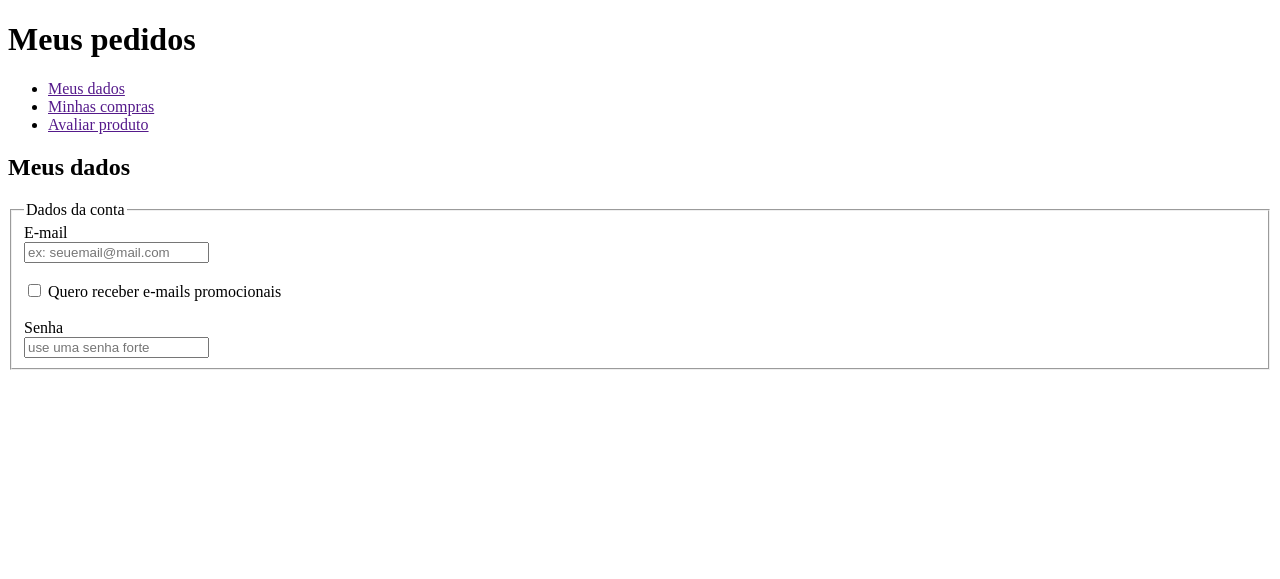
Repository: claudemir-camargo/site-compras
Page: index.html
An editor plug-in stored every save of this project. The page is shown before and after the next save, followed by the edit.
The browser window is 1280 px wide. The pictures show the whole page.

Above is the page before, as saved 2024-02-27 20:18:21.

### index.html
<!DOCTYPE html>
<html lang="en">
<head>
    <meta charset="UTF-8">
    <meta name="viewport" content="width=device-width, initial-scale=1.0">
    <title>Document</title>
</head>
<body>
    <h1>Meus pedidos</h1>
    <ul>
        <li><a href="">Meus dados</a></li>
        <li><a href="">Minhas compras</a></li>
        <li><a href="">Avaliar produto</a></li>
    </ul>
    <h2>Meus dados</h2>
    <fieldset>
        <legend>Dados da conta</legend>
        <form>
            <label>E-mail</label><br>
            <input type="email" id="email" name="email" placeholder="ex: seuemail@mail.com"><br><br>
            <input type="checkbox">
            <label>Quero receber e-mails promocionais</label><br><br>
            <label>Senha</label><br>
            <input type="password" placeholder="use uma senha forte">
        </form>
    </fieldset>
</body>
</html>

After the next save:
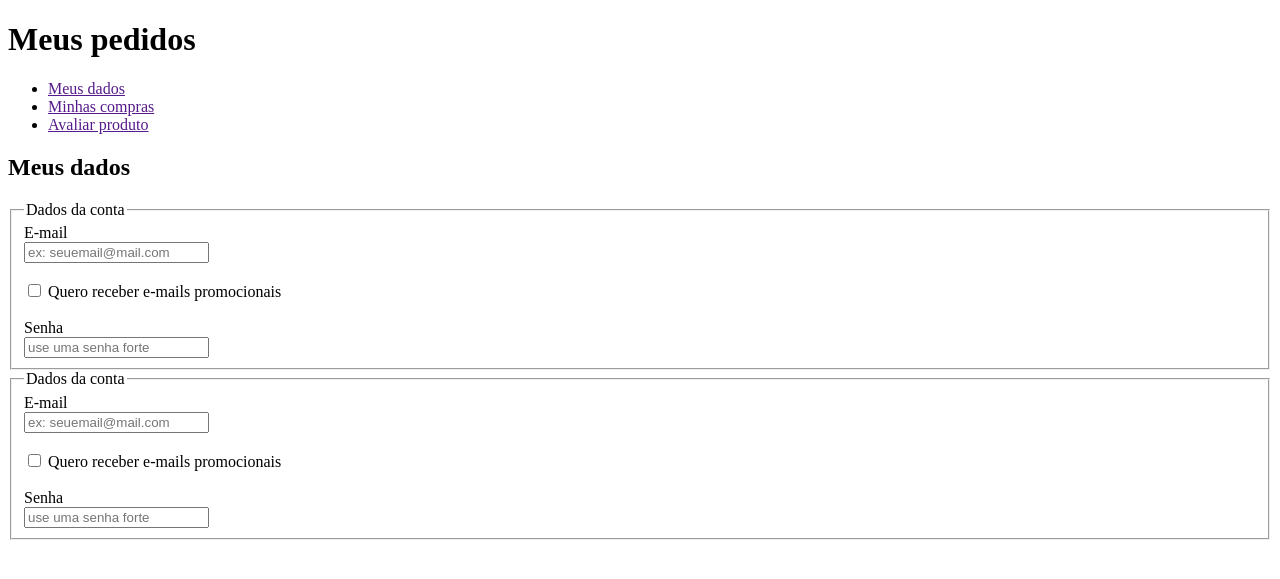
Saved 2 min 55 s later.
--- a/index.html
+++ b/index.html
@@ -13,6 +13,18 @@
         <li><a href="">Avaliar produto</a></li>
     </ul>
     <h2>Meus dados</h2>
+    <! -- OI -->
+    <fieldset>
+        <legend>Dados da conta</legend>
+        <form>
+            <label>E-mail</label><br>
+            <input type="email" id="email" name="email" placeholder="ex: seuemail@mail.com"><br><br>
+            <input type="checkbox">
+            <label>Quero receber e-mails promocionais</label><br><br>
+            <label>Senha</label><br>
+            <input type="password" placeholder="use uma senha forte">
+        </form>
+    </fieldset>
     <fieldset>
         <legend>Dados da conta</legend>
         <form>
